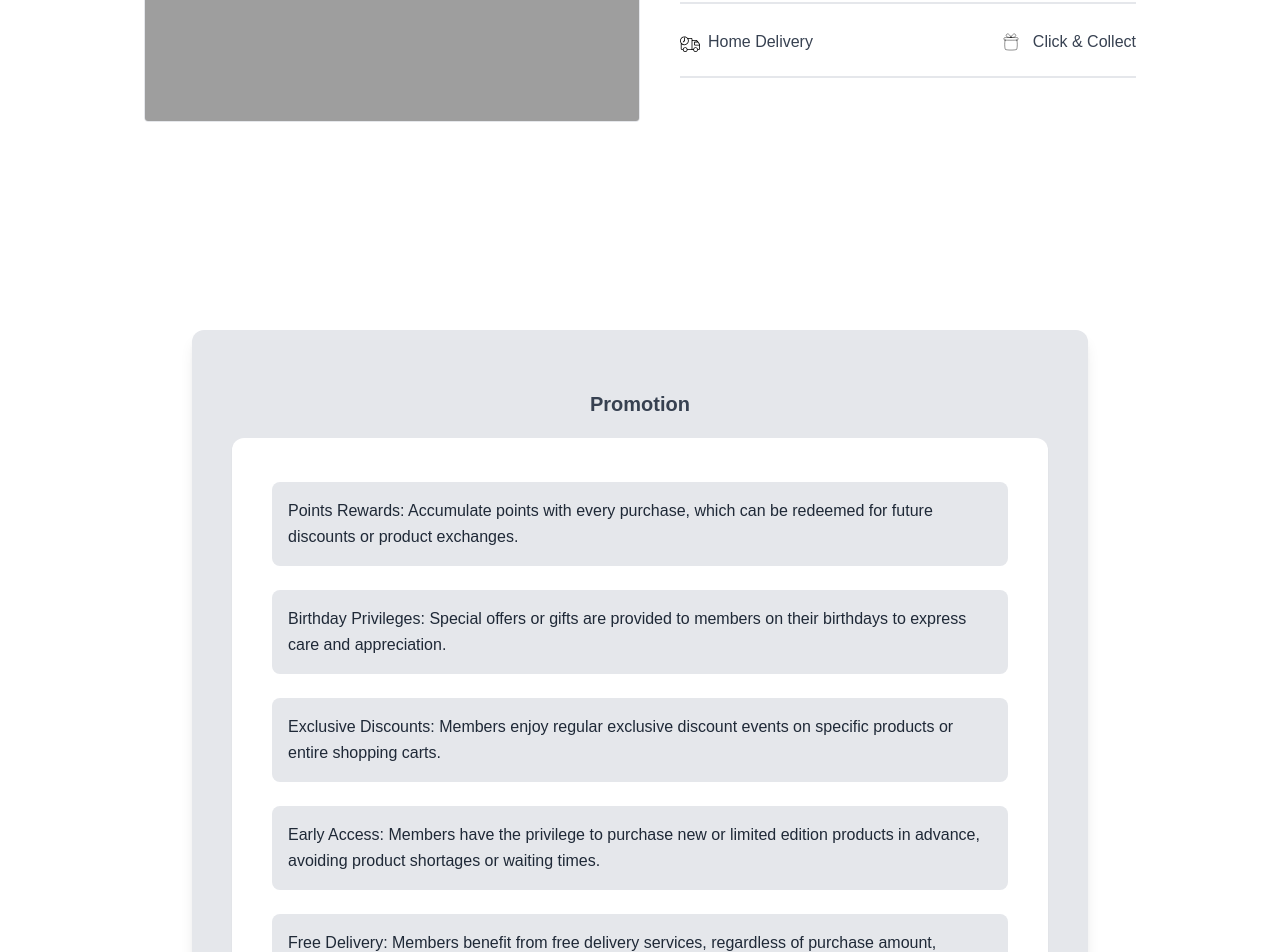
Repository: Harris132451/Final-Project-eShop
Page: /products/0.6MM THINLY WRAPPED PORK DUMPLING
These files come from the project's save history. The page is drawn as it stood at one moment and after the next save; the edit follows.
The browser window is 1280 px wide. The pictures show the part of the page from y = 772 to 1724 px (the page is 2344 px tall before and 2200 px after).
Pictures or frames that could not be fetched are drawn as grey boxes. The page's requests for data from a server got no answer. The project was rebuilt for these pictures with package versions that can differ from the ones it lists, and the page was loaded fresh each time. No one was signed in, and anything a server would have sent is missing. Also part of the build but not shown: src/Page/Component/controlNum.js, src/Page/Component/PCinCart.js, src/Page/Component/SC.js, src/Page/Component/Slider.js, src/Page/Component/Loading/Loader.css, src/Page/Home.js, src/Page/Component/TPinCart.js, src/Page/Checkout.js and 5 more.

Above is the page before, as saved 2024-04-14 23:46:14.

### src/Page/Footer.js
function Footer() {
  return (
    <>
      <div className="bg-blue-600 flex flex-wrap flex-col sm:flex-row justify-center content-center px-4 sm:px-6 lg:px-8 font-medium">
        <div className="my-1 mx-2 ">
          <h2 className="text-xl font-bold">Company</h2>
          <p>About us</p>
          <p>Return Policy</p>
          <p>Delivery Methods</p>
          <p>FAQ</p>
        </div>
        <div className="my-1 mx-2">
          <h2 className="text-xl font-bold">Contacts</h2>
          <p>📞 12345678</p>
          <p>✉️ test@test.com</p>
        </div>
        <div className="my-1 mx-2">
          <h2 className="text-xl font-bold">Location:</h2>
          <p>
            Unit 03, 7/F, Millennium Trade Centre, <br />
            56 Kwai Cheong Road, Kwai Chung, NT
          </p>
        </div>
        <iframe
          className="mx-4 my-1"
          title="googleMap"
          src="https://www.google.com/maps/embed?pb=!1m18!1m12!1m3!1d1844.869820108395!2d114.13131213825925!3d22.363457675390126!2m3!1f0!2f0!3f0!3m2!1i1024!2i768!4f13.1!3m3!1m2!1s0x3403f899dc5c5b03%3A0xee9460f1d7de935e!2z6JG15raM6JG15piM6LevNTbomZ_osr_mmJPkuYvpg70!5e0!3m2!1szh-TW!2shk!4v1712110406039!5m2!1szh-TW!2shk"
          width="200"
          height="200"
          loading="lazy"
          allowFullScreen=""
          referrerPolicy="no-referrer-when-downgrade"
        ></iframe>
      </div>
    </>
  );
}

export default Footer;

### src/Page/ProductPage.js
import React, { useState, useEffect } from "react";
import { Link, useParams } from 'react-router-dom';
import { item } from './Component/product';
import withLoader from "./Component/withLoader"
import Breadcrumb from "./Component/Breadcrumb"
import deliver from "./deliver-food-svgrepo-com.svg"
import gift from "./gift-svgrepo-com.svg"
import ProductPromotion from "./Component/productPromotion";

const ProductPage = (props) => {
  const [amount, setAmount] = useState(1);
  const { productPage } = useParams();
  const decodedProductPage = decodeURIComponent(productPage);
  const product = item.find((i) => i.name === decodedProductPage);

  if (!product) {
    return <div>Product not found</div>;
  }

  const breadcrumbItems = [
    { text: 'Home', href: '/' },
    { text: product.bigcategories, href: `/${product.bigcategories}` },
    { text: product.smallcategories, href: `/product/${product.smallcategories}` },
    { text: product.name }
  ];

  return (
    <section className="text-gray-700 overflow-hidden bg-white font-[sans-serif]">

      <div className="container px-5 py-24 mx-auto">
      <div className="text-4xl font-extrabold text-gray-800 mb-12">
        <Breadcrumb items={breadcrumbItems} />
      </div>
        <div className="lg:w-4/5 mx-auto flex flex-wrap">
          <img
            alt="ecommerce"
            className="lg:w-1/2 w-full object-cover object-center rounded border border-gray-200"
            src={product.picture}
          />
          <div className="lg:w-1/2 w-full lg:pl-10 lg:py-6 mt-6 lg:mt-0">
            <h2 className="text-sm title-font text-gray-500 tracking-widest">{product.bigcategories}</h2>
            <h1 className="text-gray-900 text-3xl title-font font-medium mb-1">{product.name}</h1>
            <div className="flex mb-4">
              <Link className="text-gray-600 ml-3">4 Reviews</Link>
            </div>
            <p className="leading-relaxed">Fam locavore kickstarter distillery. Mixtape chillwave tumeric sriracha taximy chia microdosing tilde DIY. XOXO fam indxgo juiceramps cornhole raw denim forage brooklyn. Everyday carry +1 seitan poutine tumeric. Gastropub blue bottle austin listicle pour-over, neutra jean shorts keytar banjo tattooed umami cardigan.</p>
            <div className="flex mt-6 items-center pb-5 border-b-2 border-gray-200 mb-5">
              <div className="flex">
                <span className="mr-3">Unit</span>
                <span className="mr-4">{product.unit}</span>
              </div>
            </div>
            <div className="flex mt-6 items-center pb-5 border-b-2 border-gray-200 mb-5">
              <span className="title-font font-medium text-2xl text-gray-900">${product.price}</span>
              <button className="flex ml-auto text-white bg-blue-500 border-0 py-2 px-6 focus:outline-none rounded hover:bg-white hover:text-blue-500 hover:border-blue-500 hover:scale-110 transition duration-300 ease-in-out"
               onClick={() => {
                let newData = { ...props.items };
                let acn = props.Account;
                console.log(newData);
                if (acn) {
                  let PNameArr = [];
                  newData[acn]["Cart"].forEach((c) => {
                    PNameArr.push(c.name);
                  });
                  console.log(PNameArr);
                  if (PNameArr.includes(product.name)) {
                    for (
                      let i = 0;
                      i < newData[acn]["Cart"].length;
                      i++
                    ) {
                      if (newData[acn]["Cart"][i].name === product.name) {
                        newData[acn]["Cart"][i].qty += 1;
                        props.updateCart(newData[acn]["Cart"][i]);
                      }
                    }
                  } else {
                    props.updateCart(product);
                  }
                }
                props.updateIsOpenCart(true);
              }} >Add to cart</button>
            </div>
            <div className="flex items-center justify-between mt-6 pb-5 border-b-2 border-gray-200 mb-5">
              <div className="flex items-center space-x-2">
                <img src={deliver} alt="deliver" className="w-5 h-5"/>
                <span>Home Delivery</span>
              </div>
              <div className="flex items-center space-x-2">
                <img src={gift} alt="gift" className="w-7 h-7"/>
                <span>Click & Collect</span>
              </div>
            </div>

          </div>
        </div>
      </div>

      <div className="flex flex-col items-center justify-center mt-8 space-y-8 py-20">
        <div className="flex flex-col items-center justify-center px-10 py-10 mx-auto bg-gray-200 shadow-lg max-w-4xl truncate inline-block rounded-xl">
          <h2 className="text-xl font-semibold py-5">Promotion</h2>
          <ProductPromotion />
        </div>
        <div className="text-lg font-semibold">Description</div>
        <div className="text-lg font-semibold">Reviews</div>
      </div>

    </section>
  );
};

export default withLoader(ProductPage);

### src/Page/Component/ScrollBtn.js
import React, { useState } from "react";
import { FaArrowCircleUp } from "react-icons/fa";

const ScrollButton = () => {
  const [visible, setVisible] = useState(false);

  const toggleVisible = () => {
    const scrolled = document.documentElement.scrollTop;
    if (scrolled > 300) {
      setVisible(true);
    } else if (scrolled <= 300) {
      setVisible(false);
    }
  };

  const scrollToTop = () => {
    window.scrollTo({
      top: 0,
      behavior: "smooth",
      /* you can also use 'auto' behaviour
		in place of 'smooth' */
    });
  };

  window.addEventListener("scroll", toggleVisible);

  return (
    <button className="fixed  right-8 bottom-4 h-20 text-5xl z-10 cursor-pointer text-blue-300">
      <FaArrowCircleUp
        onClick={scrollToTop}
        style={{ display: visible ? "inline" : "none" }}
      />
    </button>
  );
};

export default ScrollButton;

### src/firebase/firebase.js
// Import the functions you need from the SDKs you need
import { initializeApp } from "firebase/app";
/* import { getAnalytics } from "firebase/analytics"; */
import { getAuth } from "firebase/auth";
// TODO: Add SDKs for Firebase products that you want to use
// https://firebase.google.com/docs/web/setup#available-libraries

// Your web app's Firebase configuration
// For Firebase JS SDK v7.20.0 and later, measurementId is optional

import { getFirestore } from "firebase/firestore";

const firebaseConfig = {
  apiKey: "AIzaSyAlfQxAV01MKSUnffMtmq6bTksAcXSNuSA",
  authDomain: "generation-group-eshop.firebaseapp.com",
  projectId: "generation-group-eshop",
  storageBucket: "generation-group-eshop.appspot.com",
  messagingSenderId: "551318279692",
  appId: "1:551318279692:web:44d464660b5437ef994029",
  measurementId: "G-LWZBK7E1JY",
};

// Initialize Firebase
export const app = initializeApp(firebaseConfig);
/* const analytics = getAnalytics(app); */

// Initialize Firebase Authentication and get a reference to the service
export const auth = getAuth(app);

export const db = getFirestore(app);

### src/Page/Component/Weather.js
function Weather(props) {
  const temperature = props.temperature;
  const weather = props.weather;

  return (
    <>
      <div className="flex mr-6 sm:mr-3">
        <div class="mr-1 mt-0.5 text-xl text-white sm:text-lg sm:mt-0">
          {temperature}°C
        </div>
        <div className="h-8 w-8 sm:h-7 sm:w-7">
          {weather === "normal" && <img src="normal.png" alt="normal" />}
          {weather === "cold" && <img src="cold.png" alt="cold" />}
          {weather === "hot" && <img src="hot.png" alt="hot" />}
        </div>
      </div>
    </>
  );
}

export default Weather;

### src/Page/Component/input.js
import { useEffect, useState, useRef } from "react";
import { item } from "./product.js";

function NameButton(n) {
  console.log(n);
}

const Inputbox = function () {
  const [Word, setWord] = useState("");
  const [BtnWord, setBtnWord] = useState("");
  const [IsBtnVisible, setIsBtnVisible] = useState(false);
  const [IsSerachBtn, setIsSerachBtn] = useState(false);
  const [ResultName, setResultName] = useState([]);
  const [BtnResultName, setBtnResultName] = useState([]);
  const [windowWidth, setWindowWidth] = useState(window.innerWidth);
  function InputName(name) {
    setWord(name.target.value);
  }
  function InputBtnName(name) {
    setBtnWord(name.target.value);
  }
  useEffect(() => {
    const InputKey = Word.replace(" ", "").toLowerCase();
    const NameArr = [];
    item.map((p) => {
      if (
        p.name.replace(" ", "").toLowerCase().indexOf(InputKey) !== -1 &&
        InputKey !== ""
      ) {
        NameArr.push(p.name);
      }
    });
    setIsBtnVisible(true);
    setResultName(NameArr);
  }, [Word]);

  useEffect(() => {
    const InputKey = BtnWord.replace(" ", "").toLowerCase();
    const NameArr = [];
    item.map((p) => {
      if (
        p.name.replace(" ", "").toLowerCase().indexOf(InputKey) !== -1 &&
        InputKey !== ""
      ) {
        NameArr.push(p.name);
      }
    });
    setBtnResultName(NameArr);
  }, [BtnWord]);

  const inputRef = useRef(null);
  useEffect(() => {
    const handleClickOutside = (event) => {
      if (inputRef.current && !inputRef.current.contains(event.target)) {
        setBtnWord("");
        setBtnResultName([]);
        setWord("");
        setResultName([]);
        setIsBtnVisible(false);
        setIsSerachBtn(false);
      }
    };

    document.addEventListener("mousedown", handleClickOutside);

    return () => {
      document.removeEventListener("mousedown", handleClickOutside);
    };
  }, [inputRef]);

  useEffect(() => {
    const handleResize = () => {
      setWindowWidth(window.innerWidth);
    };
    window.addEventListener("resize", handleResize);
    if (window.innerWidth >= 1024) {
      setIsSerachBtn(false);
      setBtnWord("");
      setBtnResultName([]);
    } else {
      setWord("");
      setResultName([]);
    }
    return () => {
      window.removeEventListener("resize", handleResize);
    };
  }, [window.innerWidth]);

  return (
    <>
      <div class="flex lg:border-solid">
        <div>
          <div class="pt-5 h-auto w-6 m-2 hidden lg:block">
            <img src="/SerachBtn.png" />
          </div>
        </div>
        <div class="pt-7 block lg:hidden z-50">
          <button
            onClick={() => {
              setIsSerachBtn(!IsSerachBtn);
            }}
          >
            <div class="h-auto w-6 ml-2 ">
              <img src="/SerachBtn.png" />
            </div>
          </button>
          {IsSerachBtn && window.innerWidth < 1024 && (
            <div class="flex flex-col pt-2 ">
              <div class="bg-white rounded-md shadow-lg">
                <div class="flex flex-wrap">
                  <input
                    ref={inputRef}
                    onChange={(b) => InputBtnName(b)}
                    class="h-8 w-72 m-1 p-2 border rounded-md border-blue-900"
                  ></input>
                  {BtnResultName.length > 0 && (
                    <div class="overflow-scroll h-96">
                      {BtnResultName.map((n) => {
                        return (
                          <button
                            key={n}
                            onClick={() => NameButton(n)}
                            class="w-72 m-1 p-2 rounded-md text-blue-900 hover:bg-blue-200"
                          >
                            <div class="text-left">{n}</div>
                          </button>
                        );
                      })}
                    </div>
                  )}
                </div>
              </div>
            </div>
          )}
        </div>
        {window.innerWidth >= 1024 && (
          <div class="flex flex-col pt-6 ">
            <input
              ref={inputRef}
              onChange={(b) => InputName(b)}
              class="w-72 border-2 border-blue-700  rounded-full bg-blue-800 text-white px-5 opacity-80 text-lg"
            ></input>
            {ResultName.length > 0 && IsBtnVisible && (
              <div class="bg-white z-50 rounded-md shadow-lg pt-2 ">
                <div class="flex flex-wrap">
                  <div class="overflow-scroll h-96">
                    {ResultName.map((n) => {
                      return (
                        <button
                          key={n}
                          onClick={() => NameButton(n)}
                          class="w-96 m-1 p-2 rounded-md text-blue-900 hover:bg-blue-200"
                        >
                          <div class="text-left">{n}</div>
                        </button>
                      );
                    })}
                  </div>
                </div>
              </div>
            )}
          </div>
        )}
      </div>
    </>
  );
};

export default Inputbox;

### src/Page/Component/categoriesData.js
export const categories =
[
    {
     "id": 1,
     "Name": "Drink",
     "Parent": 1
    },
    {
     "id": 2,
     "Name": "Snack",
     "Parent": 2
    },
    {
     "id": 3,
     "Name": "Chilled",
     "Parent": 3
    },
    {
     "id": 4,
     "Name": "liquor",
     "Parent": 1
    },
    {
     "id": 5,
     "Name": "water",
     "Parent": 1
    },
    {
     "id": 6,
     "Name": "Ready-to-drink tea, coffee, milk tea",
     "Parent": 1
    },
    {
     "id": 7,
     "Name": "Milk and cheese drinks",
     "Parent": 1
    },
    {
     "id": 8,
     "Name": "Japanese & Korea Snack",
     "Parent": 2
    },
    {
     "id": 9,
     "Name": "Chocolate",
     "Parent": 2
    },
    {
     "id": 10,
     "Name": "Meat Snack",
     "Parent": 2
    },
    {
     "id": 11,
     "Name": "Chinese Bakery & Egg Roll",
     "Parent": 2
    },
    {
     "id": 12,
     "Name": "Seafood",
     "Parent": 3
    },
    {
     "id": 13,
     "Name": "Meat",
     "Parent": 3
    },
    {
     "id": 14,
     "Name": "Vegetarian",
     "Parent": 3
    },
    {
     "id": 15,
     "Name": "Dumpling",
     "Parent": 3
    }
   ]

### src/Page/Component/withLoader.js
import React, { useState, useEffect } from 'react';
import Loader from './Loading/Loader';

const withLoader = (WrappedComponent) => {
  return (props) => {
    const [isLoading, setIsLoading] = useState(true);

    useEffect(() => {
      const timer = setTimeout(() => {
        setIsLoading(false);
      }, 1000);

      return () => {
        clearTimeout(timer);
      };
    }, []);

    return (
      <div>
        {isLoading ? <Loader /> : <WrappedComponent {...props} />}
      </div>
    );
  };
};

export default withLoader;

### src/Page/Component/Breadcrumb.js
import React from 'react';

const Breadcrumb = ({ items }) => {
  return (
    <nav className="flex" aria-label="Breadcrumb">
      <ol className="inline-flex items-center space-x-1 md:space-x-2 rtl:space-x-reverse">
        <li>
          <div className="flex items-center">
            {items.map((item, index) => (
              <React.Fragment key={index}>
                {index !== 0 && (
                  <svg className="rtl:rotate-180 w-3 h-3 text-gray-400 mx-1" aria-hidden="true" xmlns="http://www.w3.org/2000/svg" fill="none" viewBox="0 0 6 10">
                    <path stroke="currentColor" strokeLinecap="round" strokeLinejoin="round" strokeWidth="2" d="m1 9 4-4-4-4"/>
                  </svg>
                )}
                {index === 0 ? (
                  <a href={item.href} className="inline-flex items-center text-sm font-medium text-gray-700 hover:text-blue-600 dark:text-gray-400 dark:hover:text-white">
                    <svg className="w-3 h-3 me-2.5" aria-hidden="true" xmlns="http://www.w3.org/2000/svg" fill="currentColor" viewBox="0 0 20 20">
                      <path d="m19.707 9.293-2-2-7-7a1 1 0 0 0-1.414 0l-7 7-2 2a1 1 0 0 0 1.414 1.414L2 10.414V18a2 2 0 0 0 2 2h3a1 1 0 0 0 1-1v-4a1 1 0 0 1 1-1h2a1 1 0 0 1 1 1v4a1 1 0 0 0 1 1h3a2 2 0 0 0 2-2v-7.586l.293.293a1 1 0 0 0 1.414-1.414Z"/>
                    </svg>
                    {item.text}
                  </a>
                ) : (
                  index === items.length - 1 ? (
                    <span className="text-sm font-medium text-gray-700 dark:text-gray-400">{item.text}</span>
                  ) : (
                    <a href={item.href} className="inline-flex items-center text-sm font-medium text-gray-700 hover:text-blue-600 dark:text-gray-400 dark:hover:text-white">
                      {item.text}
                    </a>
                  )
                )}
              </React.Fragment>
            ))}
          </div>
        </li>
      </ol>
    </nav>
  );
};

export default Breadcrumb;

### src/Page/Component/productPromotion.js
import React, { useState } from 'react';

function ProductPromotion() {
  const [expanded, setExpanded] = useState(false);
  const [styleEnabled, setStyleEnabled] = useState(false);

  const toggleExpandedWithPreventDefault = (event) => {
    event.preventDefault();
    setExpanded(!expanded);
  };

  const promoContent = [
    "Points Rewards: Accumulate points with every purchase, which can be redeemed for future discounts or product exchanges.",
    "Birthday Privileges: Special offers or gifts are provided to members on their birthdays to express care and appreciation.",
    "Exclusive Discounts: Members enjoy regular exclusive discount events on specific products or entire shopping carts.",
    "Early Access: Members have the privilege to purchase new or limited edition products in advance, avoiding product shortages or waiting times.",
    "Free Delivery: Members benefit from free delivery services, regardless of purchase amount, ensuring convenience with doorstep delivery.",
    "VIP Customer Service: Providing faster and superior customer service to members, including dedicated hotlines or online support.",
    "Rebate Programs: Earn a certain percentage of rebates on purchases, which can be used for future shopping or cashed out.",
    "Double Points Day: Regularly hold double or multiple points days, where members receive double or more points for purchases during this period.",
    "Eligibility for Member Activities: Participation in specific promotions, gifts, or draw events is limited to members.",
    "Exclusive Events and Packages: Periodically host member-exclusive events and provide exclusive gift packages or gifts."
  ];

  return (
    <div className="container px-10 py-5 mx-auto bg-white shadow-sm rounded-xl max-w-4xl truncate inline-block">
      {promoContent.slice(0, expanded ? promoContent.length : 5).map((content, index) => (
        <div key={index} className="product-promotion-item my-6 leading-relaxed text-gray-800 truncate transition duration-500 hover:bg-gray-100 hover:text-blue-500 hover:shadow-lg rounded-lg p-4 whitespace-normal bg-gray-200">{content}</div>
      ))}
      {!expanded &&
        <div className={`my-6 leading-relaxed text-gray-800 truncate transition duration-500 ${styleEnabled ? 'hover:bg-gray-100 hover:text-blue-500 hover:shadow-lg' : ''} rounded-lg p-4 whitespace-normal`}>
          <a href="#" className="text-blue-500 hover:underline" onClick={toggleExpandedWithPreventDefault}>Read more</a>
        </div>
      }
    </div>
  );
}

export default ProductPromotion;

### src/Page/Component/Loading/Loader.js
import React from 'react';
import './Loader.css';

const Loader = () => {
    return (
      <div className="h-64 flex items-center justify-center mx-auto">
        <div className="loader">
          <div className="loader-wheel"></div>
        </div>
      </div>
    );
  };

  export default Loader;

Loaded but not shown: public/index.html (common file); src/index.js (common file); src/index.css (common file); src/reportWebVitals.js (common file); tailwind.config.js (common file); src/Page/Component/product.js (327 lines, source omitted); src/Page/Header.js (235 lines, source omitted); src/App.js (207 lines, source omitted)

After the next save:
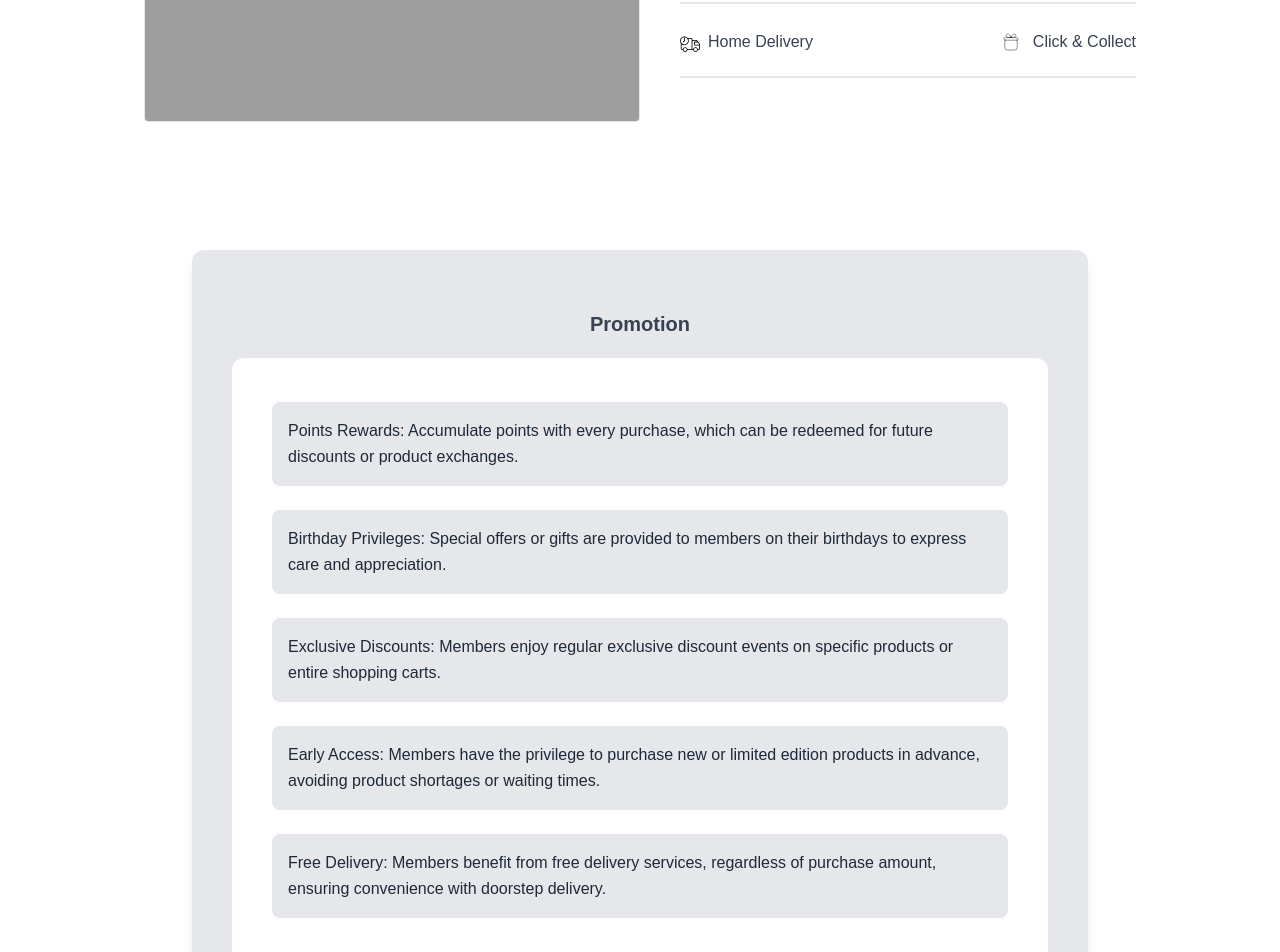
Saved 79 s later.
--- a/src/Page/ProductPage.js
+++ b/src/Page/ProductPage.js
@@ -96,7 +96,7 @@ const ProductPage = (props) => {
         </div>
       </div>
 
-      <div className="flex flex-col items-center justify-center mt-8 space-y-8 py-20">
+      <div className="flex flex-col items-center justify-center mt-8 space-y-10">
         <div className="flex flex-col items-center justify-center px-10 py-10 mx-auto bg-gray-200 shadow-lg max-w-4xl truncate inline-block rounded-xl">
           <h2 className="text-xl font-semibold py-5">Promotion</h2>
           <ProductPromotion />
